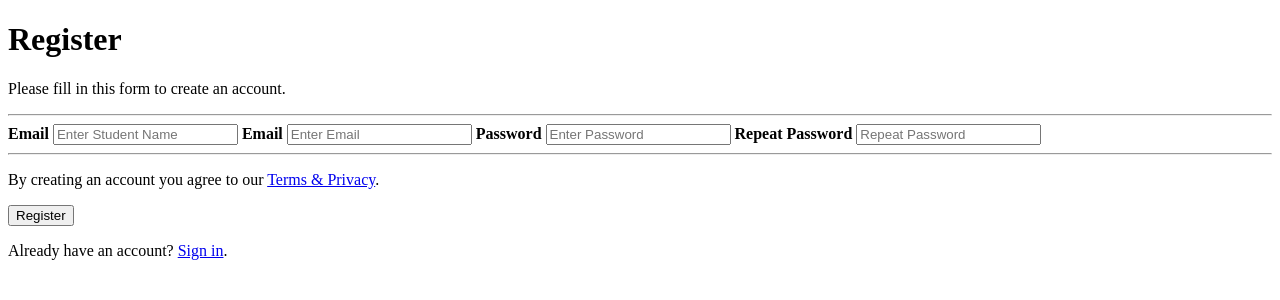
Repository: laxmichauhan/Student-Data-Insertion
Page: Application1/WebContent/register.html
These files come from the project's save history. The page is drawn as it stood at one moment and after the next save; the edit follows.
The browser window is 1280 px wide. The pictures show the whole page.

Above is the page before, as saved 2019-02-19 07:08:23.

### Application1/WebContent/register.html
<!DOCTYPE html>
<html>
<head>
<meta charset="ISO-8859-1">
<title>Insert title here</title>
</head>
<body>
<form>
  <div class="container">
    <h1>Register</h1>
    <p>Please fill in this form to create an account.</p>
    <hr>
    <label for="Student Name"><b>Email</b></label>
    <input type="text" placeholder="Enter Student Name" name="name" required>

    <label for="email"><b>Email</b></label>
    <input type="text" placeholder="Enter Email" name="email" required>

    <label for="psw"><b>Password</b></label>
    <input type="password" placeholder="Enter Password" name="psw" required>

    <label for="psw-repeat"><b>Repeat Password</b></label>
    <input type="password" placeholder="Repeat Password" name="psw-repeat" required>
    <hr>

    <p>By creating an account you agree to our <a href="#">Terms & Privacy</a>.</p>
    <button type="submit" class="registerbtn">Register</button>
  </div>

  <div class="container signin">
    <p>Already have an account? <a href="#">Sign in</a>.</p>
  </div>
</form>
</form>

</body>
</html>

After the next save:
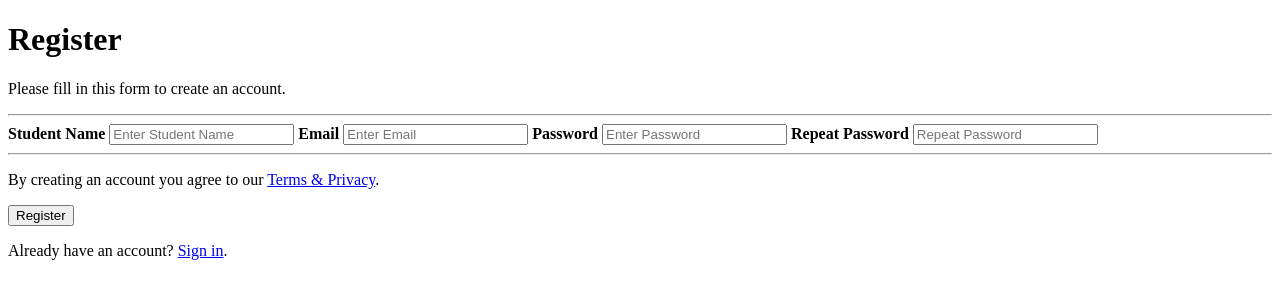
Saved 23 s later.
--- a/Application1/WebContent/register.html
+++ b/Application1/WebContent/register.html
@@ -10,7 +10,7 @@
     <h1>Register</h1>
     <p>Please fill in this form to create an account.</p>
     <hr>
-    <label for="Student Name"><b>Email</b></label>
+    <label for="Student Name"><b>Student Name</b></label>
     <input type="text" placeholder="Enter Student Name" name="name" required>
 
     <label for="email"><b>Email</b></label>
